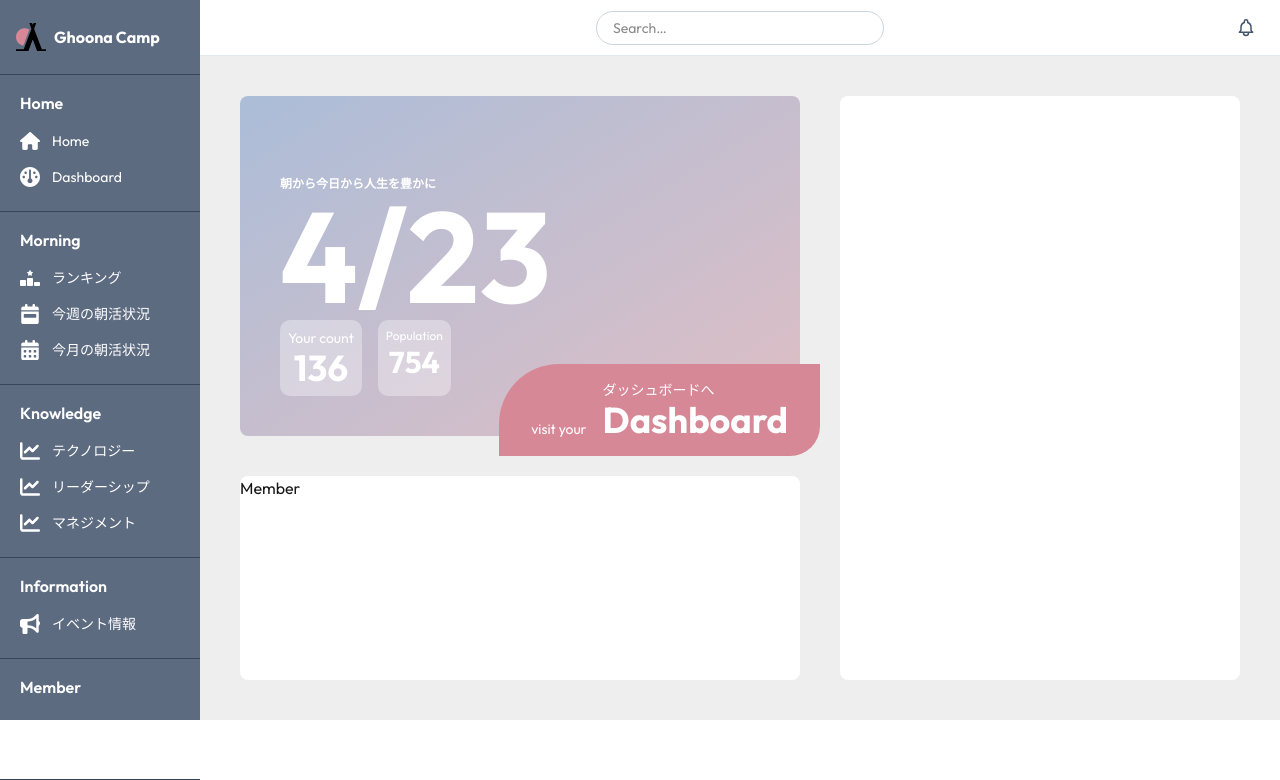
Repository: ShotaGhoona/ghoonacamp_platform
Page: /
These files come from the project's save history. The page is drawn as it stood at one moment and after the next save; the edit follows.
The browser window is 1280 px wide. The pictures show the whole page.
The page's requests for data from a server got no answer. The project was rebuilt for these pictures with package versions that can differ from the ones it lists, and the page was loaded fresh each time. The framework's server and built-in components were replaced by stand-ins that run in the browser. No one was signed in, and anything a server would have sent is missing. Also part of the build but not shown: next.config.js.

Above is the page before, as saved 2025-04-25 13:05:31.

After the next save:
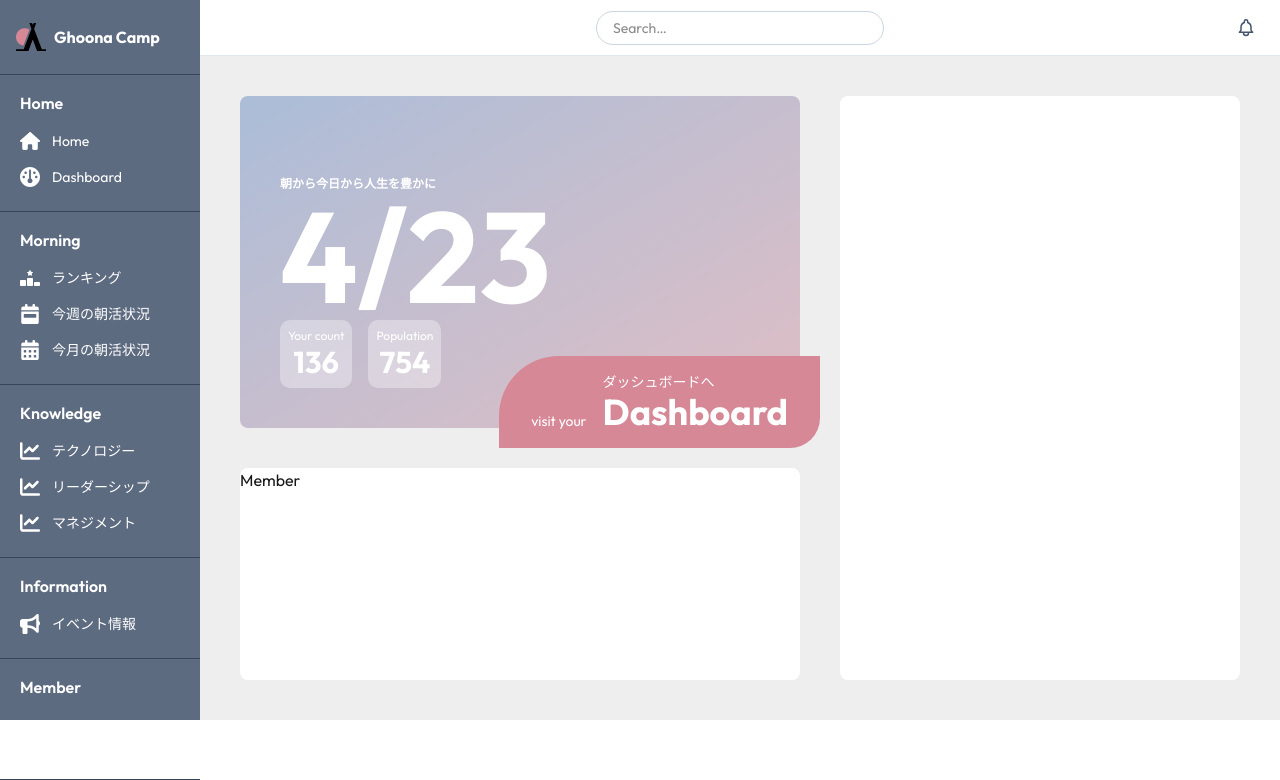
Saved 8 s later.
--- a/src/features/home/home/display/hero.tsx
+++ b/src/features/home/home/display/hero.tsx
@@ -13,8 +13,8 @@ export default function Hero() {
       </div>
     <div className="flex gap-4">
         <div className="flex flex-col bg-[#ffffff55] rounded-[10px] p-2 text-white items-center">
-            <p className="text-sm">Your count</p>
-            <p className="text-4xl font-bold">136</p>
+            <p className="text-xs">Your count</p>
+            <p className="text-3xl font-bold">136</p>
         </div>
         <div className="flex flex-col bg-[#ffffff55] rounded-[10px] p-2 text-white items-center">
             <p className="text-xs">Population</p>
